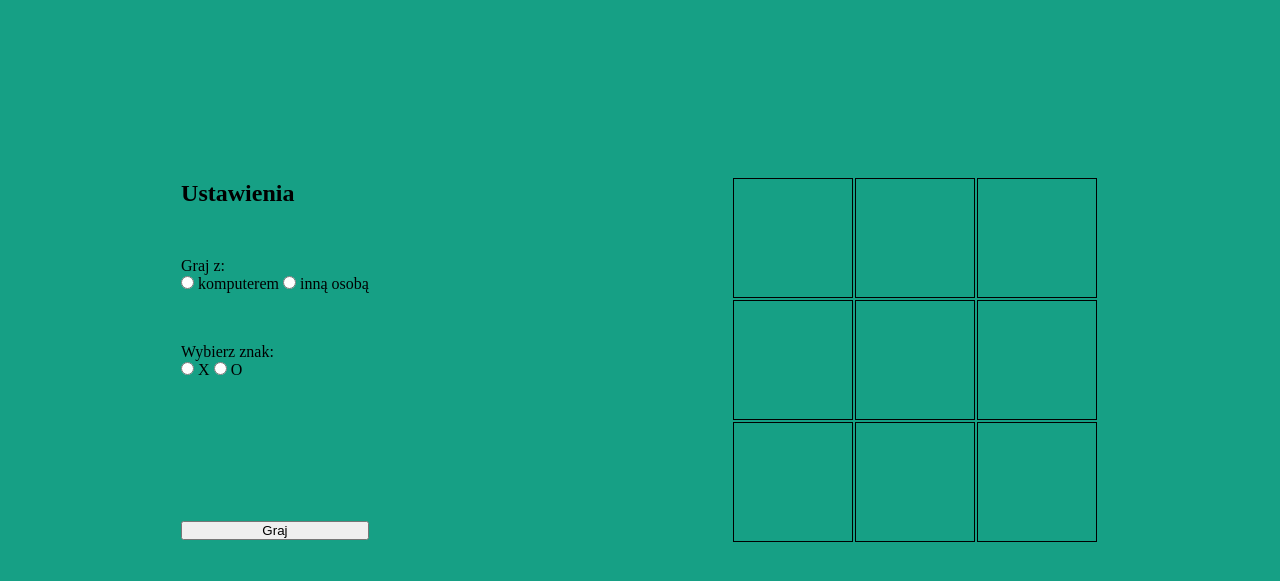
Repository: SebastianArmata22/Tic-Tac-Toe
Page: index.html
These files come from the project's save history. The page is drawn as it stood at one moment and after the next save; the edit follows.
The browser window is 1280 px wide. The pictures show the whole page.

Above is the page before, as saved 2020-11-03 14:30:16.

After the next save:
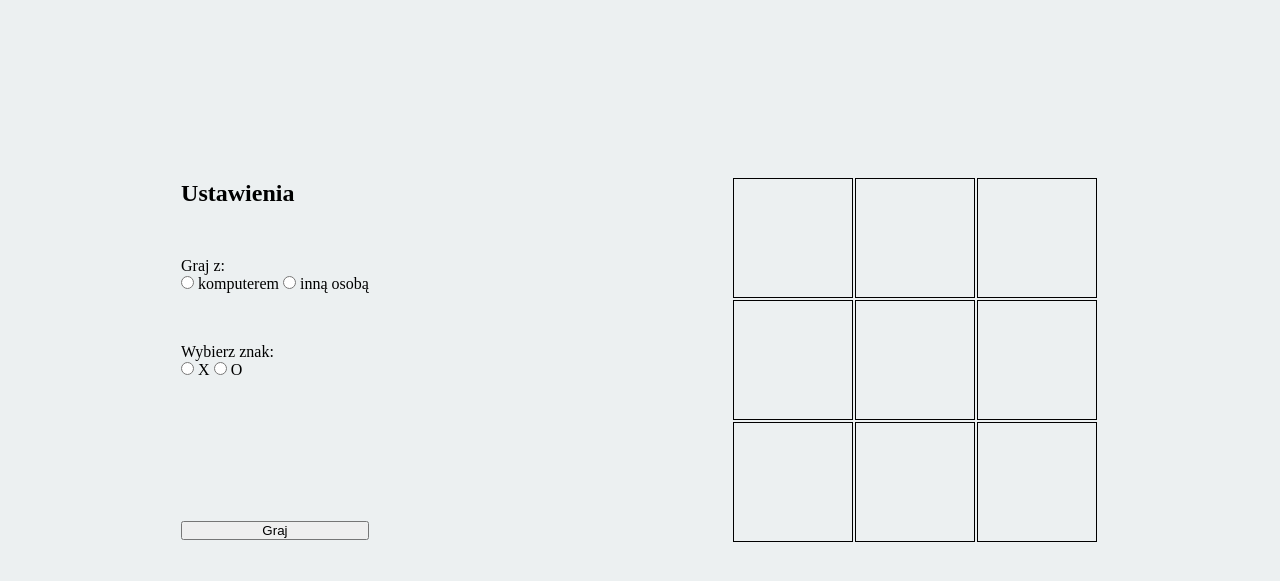
Saved 22 s later.
--- a/style.css
+++ b/style.css
@@ -9,7 +9,7 @@
     align-items: center;
     height: 100vh;
     flex-wrap: wrap;
-    background-color: #16a085;
+    background-color: #ecf0f1;
 
 }
 
